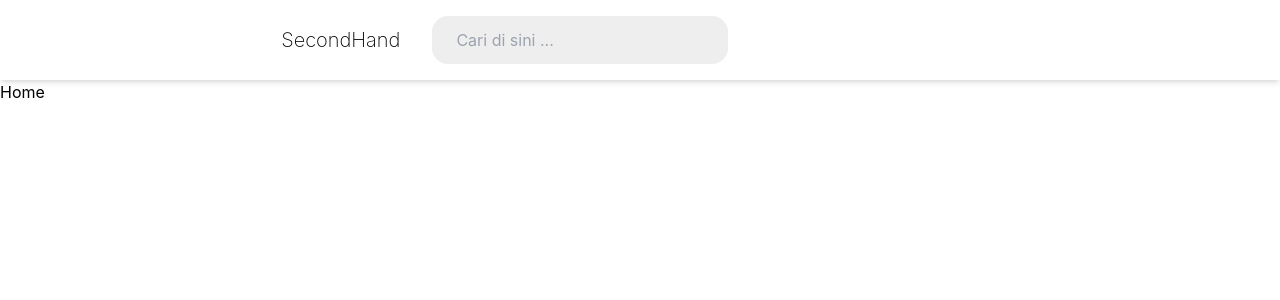
Repository: farrelmuhammad/real-estate-react
Page: /
An editor plug-in stored every save of this project. The page is shown before and after the next save, followed by the edit.
The browser window is 1280 px wide. The pictures show the whole page.
The project was rebuilt for these pictures with package versions that can differ from the ones it lists, and the page was loaded fresh each time. Also part of the build but not shown: src/App.css.

Above is the page before, as saved 2023-02-06 18:33:04.

After the next save:
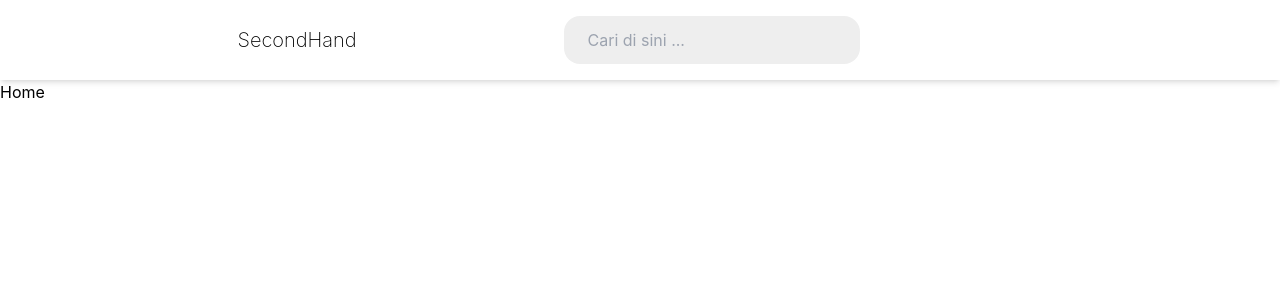
Saved 11 s later.
--- a/src/components/Navbar.jsx
+++ b/src/components/Navbar.jsx
@@ -8,15 +8,13 @@
     shadow-none lg:shadow-md navbar navbar-expand-lg navbar-light px-5 z-40`}
             >
                 <div className="container-fluid w-full flex flex-wrap items-center justify-between lg:justify-around lg:max-w-screen-lg lg:mx-auto">
-                    <div className="hidden lg:flex gap-5 items-center lg:flex-grow-0">
-                        <div className="bg-purple-5 px-3 py-2 text-xl text-black font-extralight">SecondHand</div>
-                        <div className="h-12 bg-white rounded-2xl py-3 px-6 text-neutral-3 flex lg:bg-[#EEEEEE]">
-                            <input
-                                className="w-full h-full bg-transparent focus:outline-none"
-                                placeholder="Cari di sini ..."
-                            />
-                            {/* <FiSearch className="text-2xl" /> */}
-                        </div>
+                    <div className="bg-purple-5 px-3 py-2 text-xl text-black font-extralight">SecondHand</div>
+                    <div className="h-12 bg-white rounded-2xl py-3 px-6 text-neutral-3 flex lg:bg-[#EEEEEE]">
+                        <input
+                            className="w-full h-full bg-transparent focus:outline-none"
+                            placeholder="Cari di sini ..."
+                        />
+                        {/* <FiSearch className="text-2xl" /> */}
                     </div>
 
                     <div className="w-8 lg:w-auto lg:flex-grow-0">

After the save that followed:
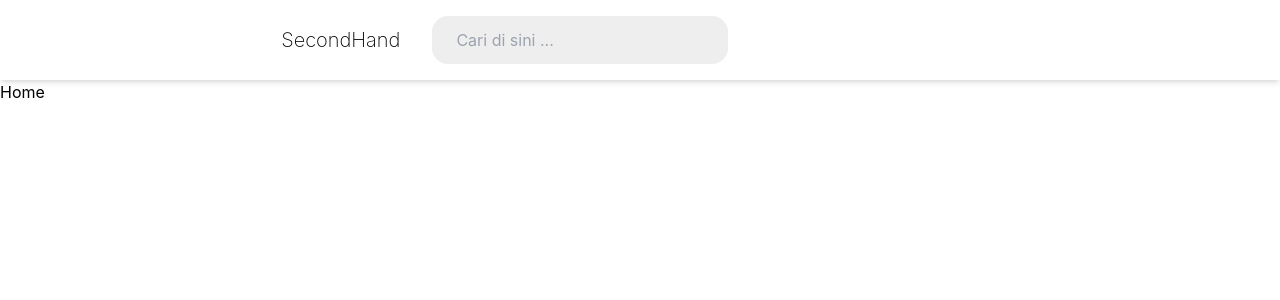
Saved 6 s later.
--- a/src/components/Navbar.jsx
+++ b/src/components/Navbar.jsx
@@ -8,13 +8,15 @@
     shadow-none lg:shadow-md navbar navbar-expand-lg navbar-light px-5 z-40`}
             >
                 <div className="container-fluid w-full flex flex-wrap items-center justify-between lg:justify-around lg:max-w-screen-lg lg:mx-auto">
-                    <div className="bg-purple-5 px-3 py-2 text-xl text-black font-extralight">SecondHand</div>
-                    <div className="h-12 bg-white rounded-2xl py-3 px-6 text-neutral-3 flex lg:bg-[#EEEEEE]">
-                        <input
-                            className="w-full h-full bg-transparent focus:outline-none"
-                            placeholder="Cari di sini ..."
-                        />
-                        {/* <FiSearch className="text-2xl" /> */}
+                    <div className="hidden lg:flex gap-5 items-center lg:flex-grow-0">
+                        <div className="bg-purple-5 px-3 py-2 text-xl text-black font-extralight">SecondHand</div>
+                        <div className="h-12 bg-white rounded-2xl py-3 px-6 text-neutral-3 flex lg:bg-[#EEEEEE]">
+                            <input
+                                className="w-full h-full bg-transparent focus:outline-none"
+                                placeholder="Cari di sini ..."
+                            />
+                            {/* <FiSearch className="text-2xl" /> */}
+                        </div>
                     </div>
 
                     <div className="w-8 lg:w-auto lg:flex-grow-0">
